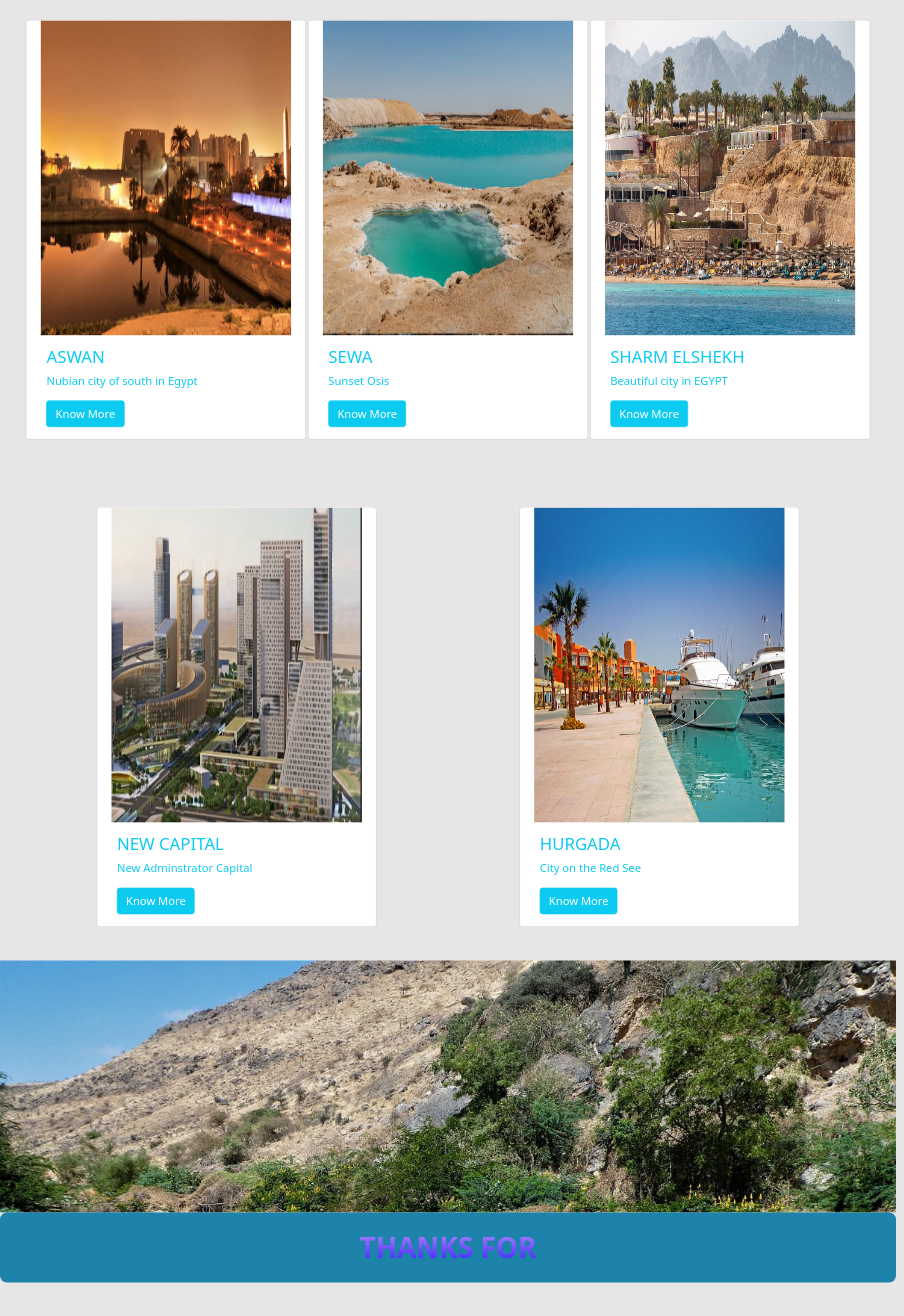
Repository: Ahmed123rezk123/P-temp
Page: index.html
These files come from the project's save history. The page is drawn as it stood at one moment and after the next save; the edit follows.
The browser window is 1280 px wide. The page is 1292 px wide, so the pictures cover 1292 px, including what lies to the right of the window. The pictures show the part of the page from y = 4313 to 6193 px (the page is 6193 px tall), at 70% of full size.
Backgrounds fixed to the window are drawn as part of the page.

Above is the page before, as saved 2024-02-18 11:57:15.

After the next save:
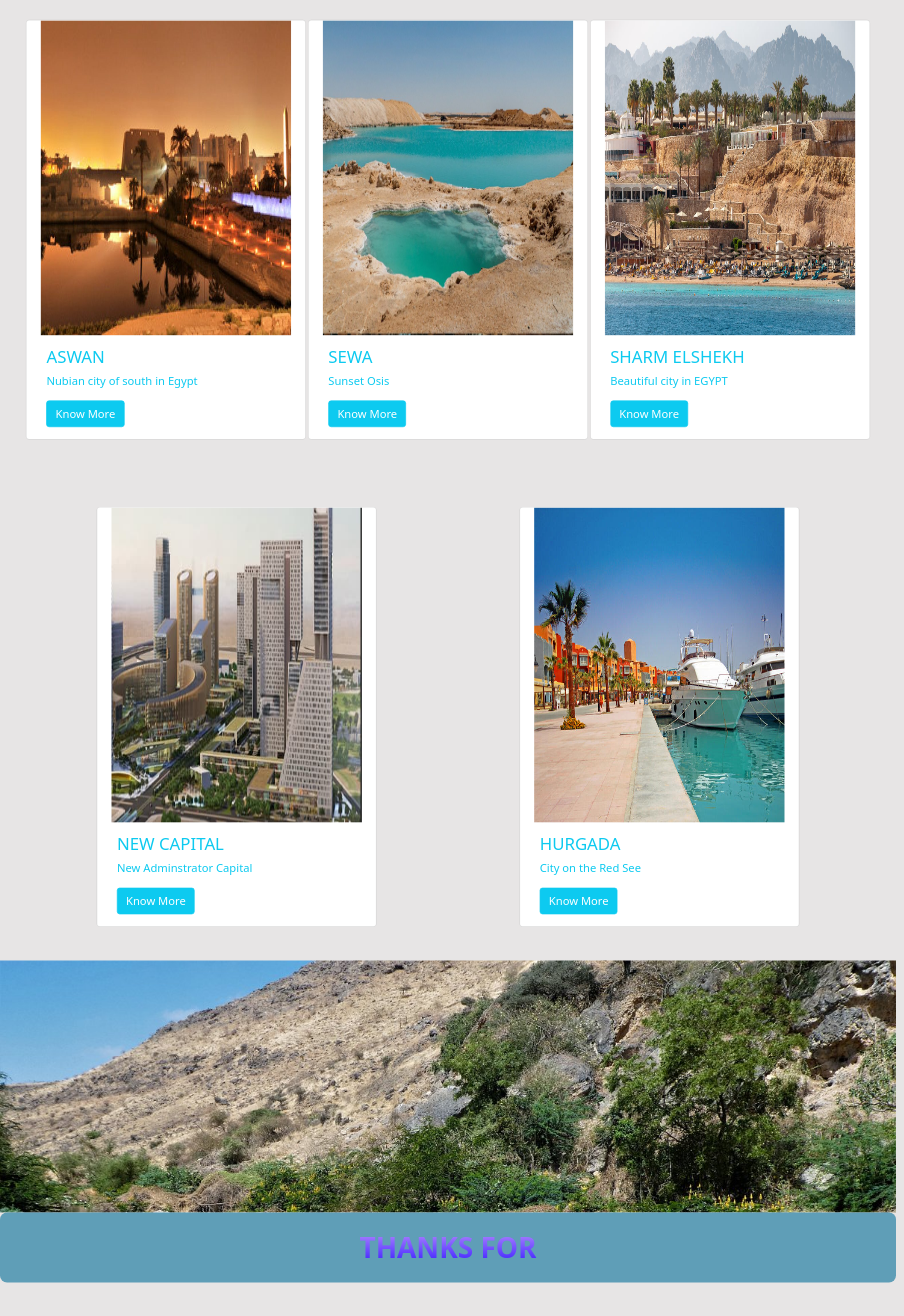
Saved 10 s later.
--- a/CSS/style.css
+++ b/CSS/style.css
@@ -326,7 +326,7 @@ background: -webkit-linear-gradient( #b387ff , rgb(57, 31, 255));
 /* Start section 15 */
 .section15 {
   height: 100px;
-  background-color: rgb(30, 131, 171);
+  background-color: rgb(95, 158, 183);
   position: relative;
   border-radius: 10px;
 }
